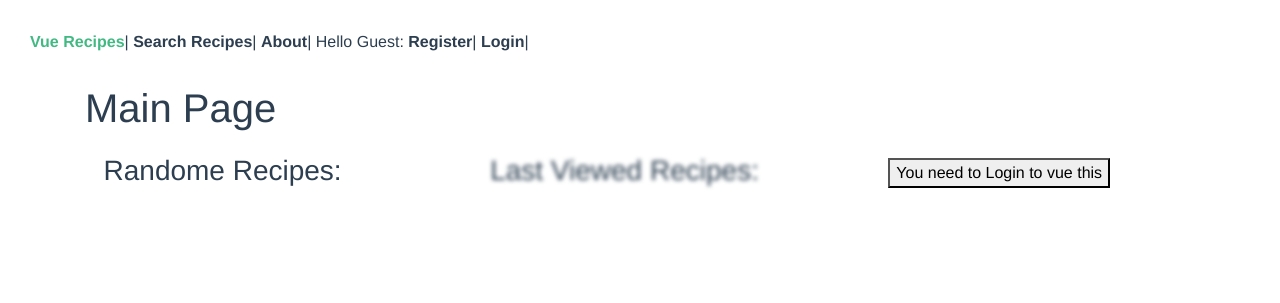
Repository: chenshor/cooking-site
Page: /
An editor plug-in stored every save of this project. The page is shown before and after the next save, followed by the edit.
The browser window is 1280 px wide. The pictures show the whole page.
The page's requests for data from a server got no answer. The project was rebuilt for these pictures with package versions that can differ from the ones it lists, and the page was loaded fresh each time. No one was signed in, and anything a server would have sent is missing. Also part of the build but not shown: vue.config.js, src/components/RecipePreview.vue, src/pages/NotFoundPage.vue, src/assets/cuisine.js, src/assets/diet.js, src/assets/intolerance.js, src/pages/SearchPage.vue, src/pages/RecipePage.vue and 5 more.

Above is the page before, as saved 2020-06-16 23:06:08.

After the next save:
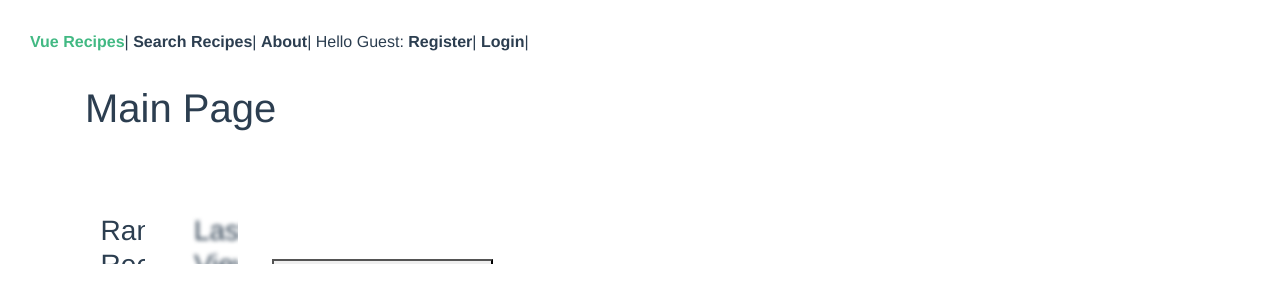
Saved 25 s later.
--- a/src/pages/MainPage.vue
+++ b/src/pages/MainPage.vue
@@ -57,8 +57,8 @@ export default {
 }
 .grid {
   display: grid;
-  grid-template-columns: minmax(40, 40);
-  grid-template-rows: minmax(40, 40);
+  grid-template-columns: 60px 60px;
+  grid-template-rows: 60px 60px;
   grid-gap: 3%;
   height: 100%;
   width: 100%;
